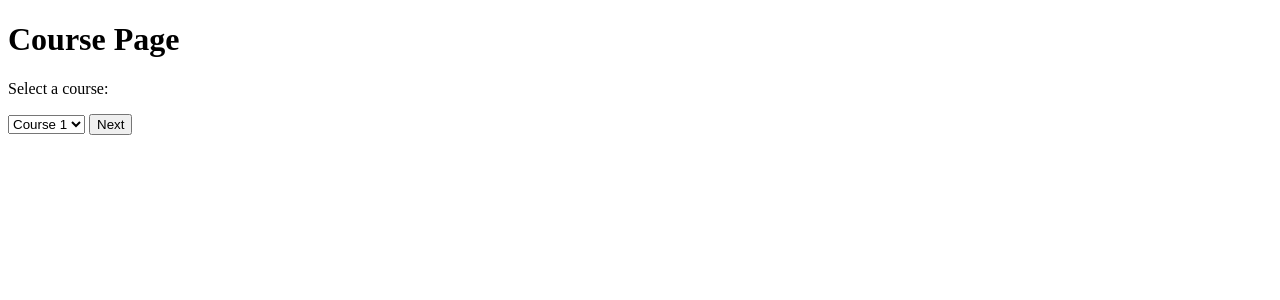
Repository: harneet862/hacked_beta
Page: http://localhost/course
The author's editor kept a copy of each file at every save. The page is drawn from the files as they stood at one save, then again after the next save.
The browser window is 1280 px wide. The pictures show the whole page.
The page is served by the project's application, run on Flask 3 (app.py).

Above is the page before, as saved 2024-11-09 19:23:47.

### templates/course.html
<!DOCTYPE html>
<html lang="en">
<head>
    <meta charset="UTF-8">
    <title>Course Page</title>
</head>
<body>
    <h1>Course Page</h1>
    <p>Select a course:</p>
    <form action="{{ url_for('course') }}" method="POST">
        <select name="dropdown">
            {% for option in options %}
                <option value="{{ option }}">{{ option }}</option>
            {% endfor %}
        </select>
        <button type="submit">Next</button>
    </form>
</body>
</html>

### app.py
from flask import Flask , render_template, request, redirect, url_for
from flask_sqlalchemy import SQLAlchemy
import uuid


def get_courses(): #retrieves course list
    with open('course_list.txt', 'r') as file:
        courses = file.readlines()
    return courses

app = Flask(__name__)

@app.route('/') #home route

def index():
    system_id = uuid.uuid1()

    return render_template('index.html',system_id=system_id)
 #flask knows to look for this


# Course page (new route)
@app.route("/course", methods=["POST", "GET"])
def course():
    dropdown_options = ["Course 1", "Course 2", "Course 3", "Course 4"]
    if request.method == "POST":
        selected_course = request.form.get("dropdown")
        return redirect(url_for("roles", course=selected_course))
    return render_template("course.html", options=dropdown_options)

# Roles page
@app.route("/roles", methods=["POST", "GET"])
def roles():
    selected_course = request.args.get("course")
    dropdown_options = ["Role 1", "Role 2", "Role 3", "Role 4"]
    if request.method == "POST":
        selected_role = request.form.get("dropdown")
        return redirect(url_for("status", course=selected_course, role=selected_role))
    return render_template("roles.html", options=dropdown_options, selected_course=selected_course)

# Status page
@app.route("/status", methods=["POST", "GET"])
def status():
    selected_course = request.args.get("course")
    selected_role = request.args.get("role")
    dropdown_options = ["Status 1", "Status 2", "Status 3", "Status 4"]
    if request.method == "POST":
        selected_status = request.form.get("dropdown")
        return redirect(url_for("location", course=selected_course, role=selected_role, status=selected_status))
    return render_template("status.html", options=dropdown_options, selected_course=selected_course, selected_role=selected_role)

# Location page
@app.route("/location", methods=["POST", "GET"])
def location():
    selected_course = request.args.get("course")
    selected_role = request.args.get("role")
    selected_status = request.args.get("status")
    dropdown_options = ["Location 1", "Location 2", "Location 3", "Location 4"]
    if request.method == "POST":
        selected_location = request.form.get("dropdown")
        return redirect(url_for("display", course=selected_course, role=selected_role, status=selected_status, location=selected_location))
    return render_template("location.html", options=dropdown_options, selected_course=selected_course, selected_role=selected_role, selected_status=selected_status)

# Display page
@app.route("/display", methods=["GET"])
def display():
    selected_course = request.args.get("course")
    selected_role = request.args.get("role")
    selected_status = request.args.get("status")
    selected_location = request.args.get("location")
    return render_template("display.html", course=selected_course, role=selected_role, status=selected_status, location=selected_location)

if __name__ == "__main__":
    app.run(debug=True)

After the next save:
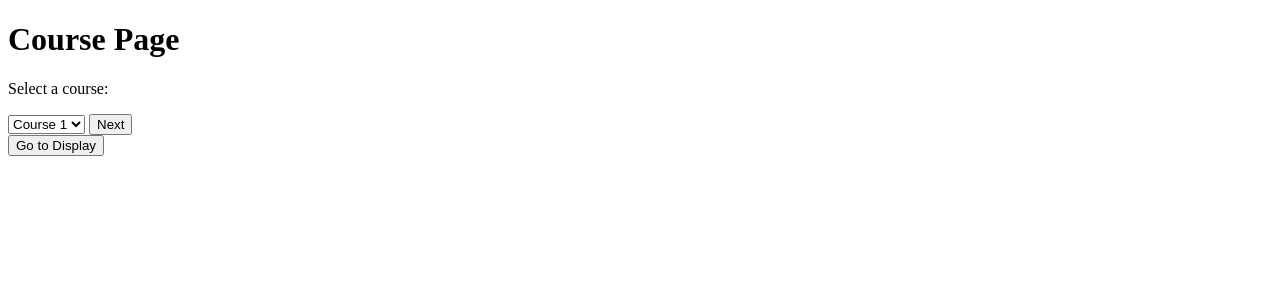
Saved 79 s later.
--- a/templates/course.html
+++ b/templates/course.html
@@ -15,5 +15,10 @@
         </select>
         <button type="submit">Next</button>
     </form>
+
+    <!-- Button that leads to the display page -->
+    <form action="{{ url_for('display') }}" method="GET">
+        <button type="submit">Go to Display</button>
+    </form>
 </body>
 </html>
